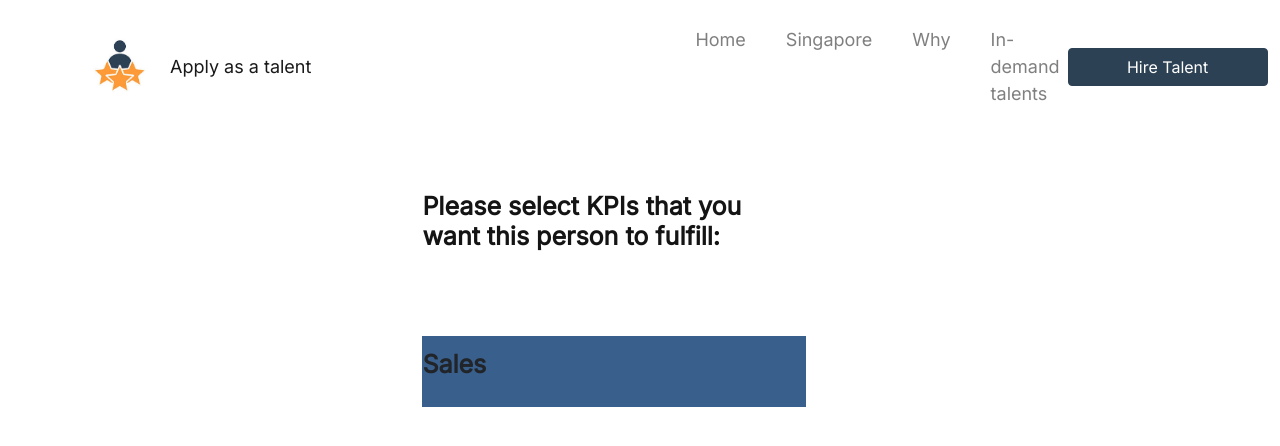
Repository: Ashwe9/talent-hire-reactJs
Page: /kpis
An editor plug-in stored every save of this project. The page is shown before and after the next save, followed by the edit.
The browser window is 1280 px wide. The pictures show the whole page.
The project was rebuilt for these pictures with package versions that can differ from the ones it lists, and the page was loaded fresh each time. A package was used in the major version that the imports need, not the one package.json lists. Also part of the build but not shown: src/homePage/components/TrustedBy/TrustedBy.css, src/homePage/components/TrustedBy/TrustedBy.js, src/homePage/components/Roles/Roles.css, src/homePage/components/Roles/Roles.js, src/homePage/components/homePageFooter/HomePageFooter.css, src/homePage/components/homePageFooter/HomePageFooter.js, src/homePage/HomePage.js, src/projectDetails/ProjectDetails.js.

Above is the page before, as saved 2022-08-18 14:00:01.

After the next save:
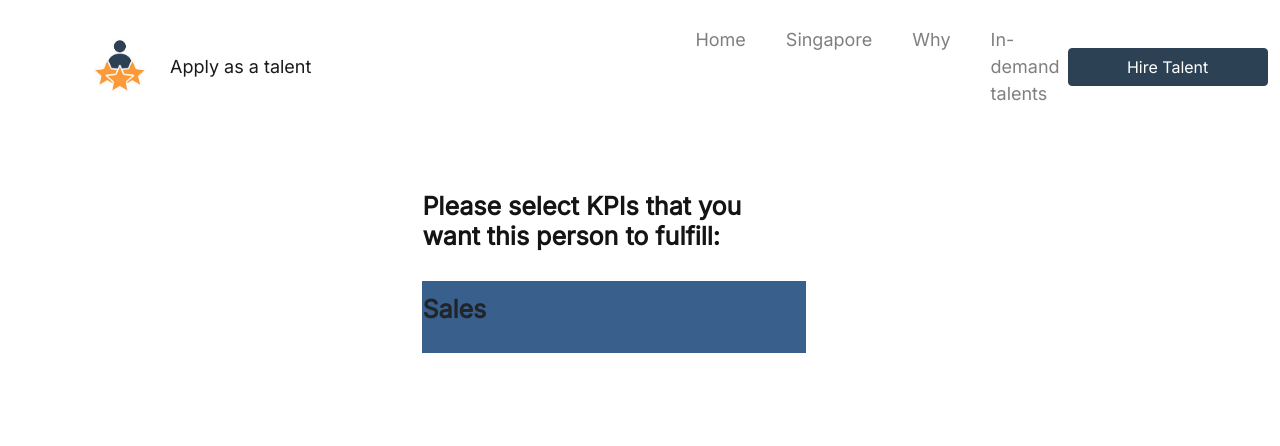
Saved 18 s later.
--- a/src/kpisPage/Header.css
+++ b/src/kpisPage/Header.css
@@ -1,6 +1,7 @@
 .header-box{
     margin: 30px 30%;
     padding: 3%;
+    padding-bottom: 0%;
     align-items: center;
     width: 35%;
 }
